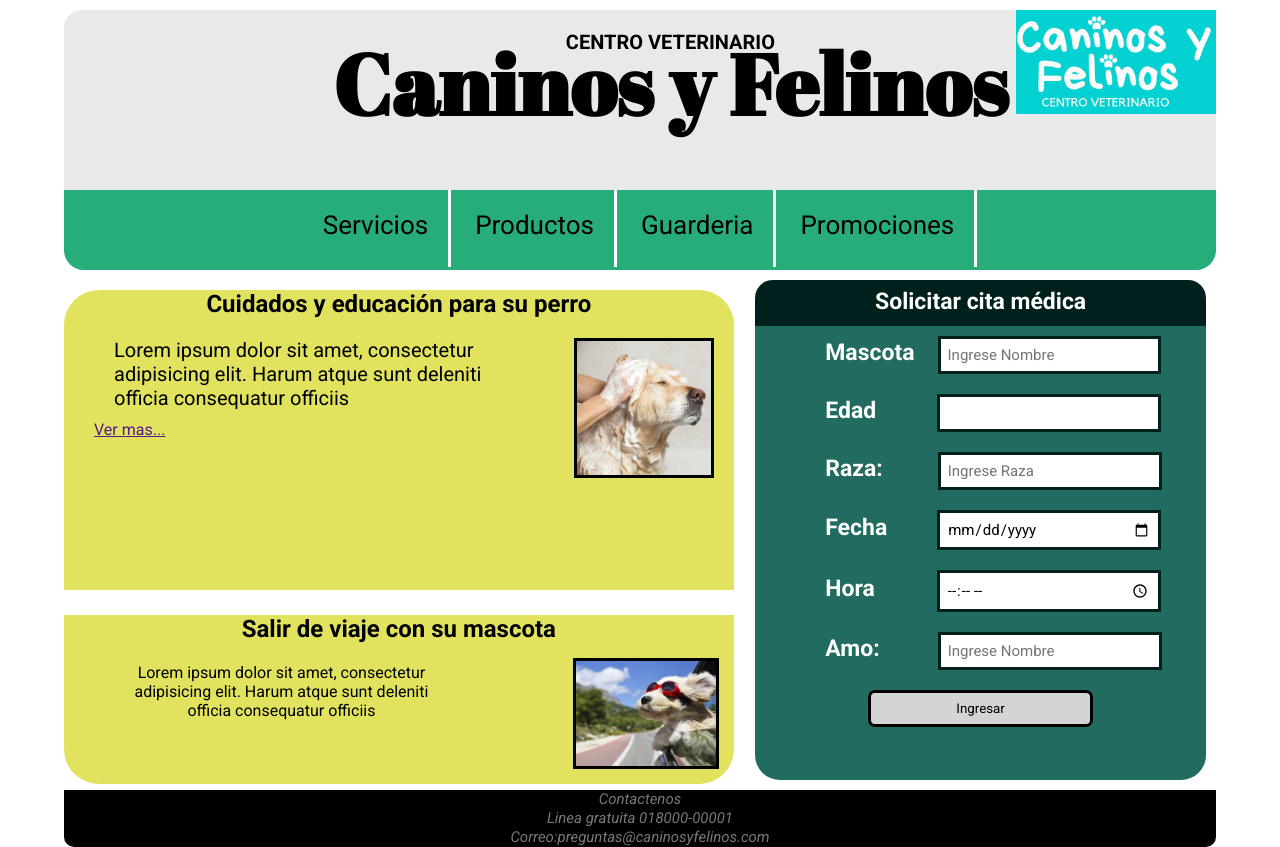
Repository: NickArregoces/Veterinaria
Page: Index.html
An editor plug-in stored every save of this project. The page is shown before and after the next save, followed by the edit.
The browser window is 1280 px wide. The pictures show the whole page.

Above is the page before, as saved 2021-10-08 18:13:14.

After the next save:
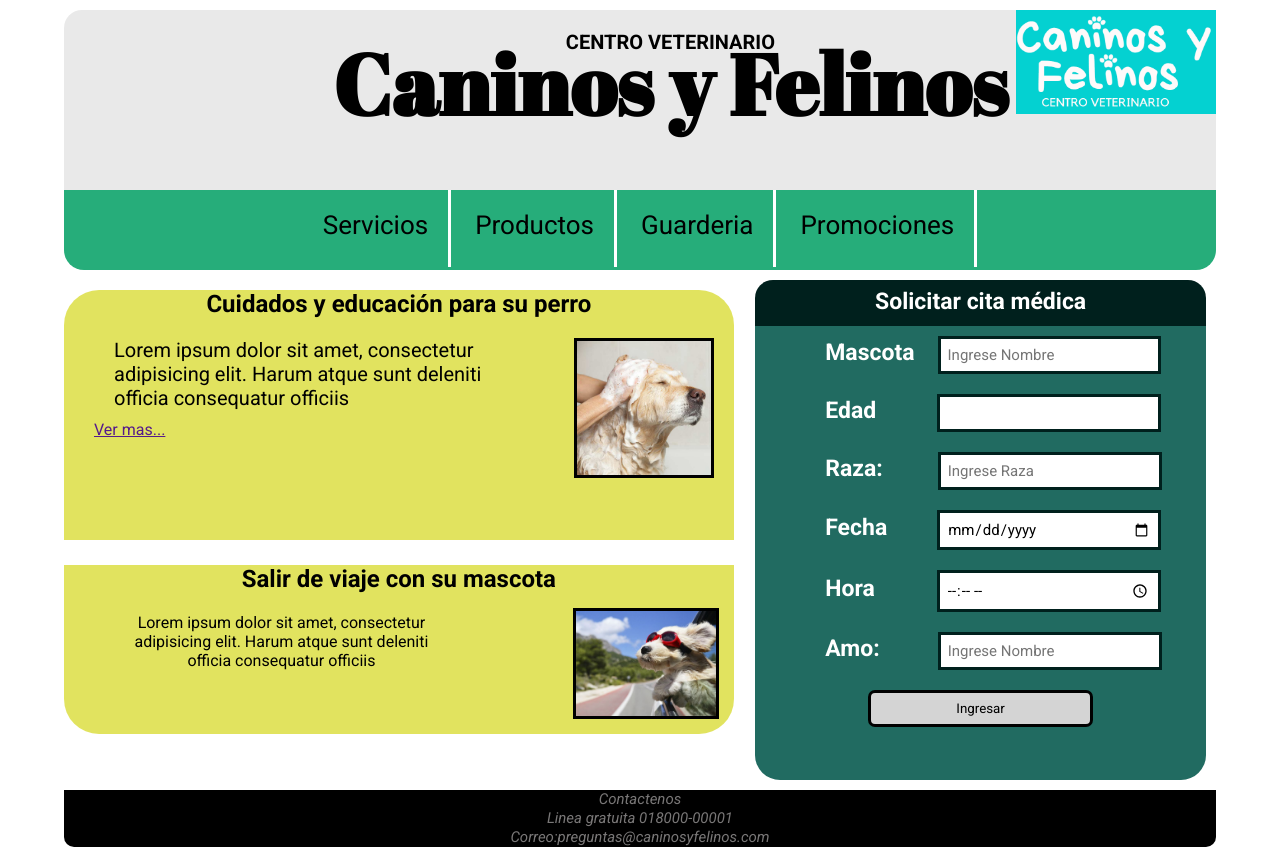
Saved 7 s later.
--- a/CSS/Style.css
+++ b/CSS/Style.css
@@ -153,7 +153,7 @@ aside{
     margin-bottom: 10px;
 }
     div.Cuidados{
-        height: 300px;
+        height: 250px;
         border-top-left-radius: 35px;
         border-top-right-radius: 35px;
         margin-top: 10px;
